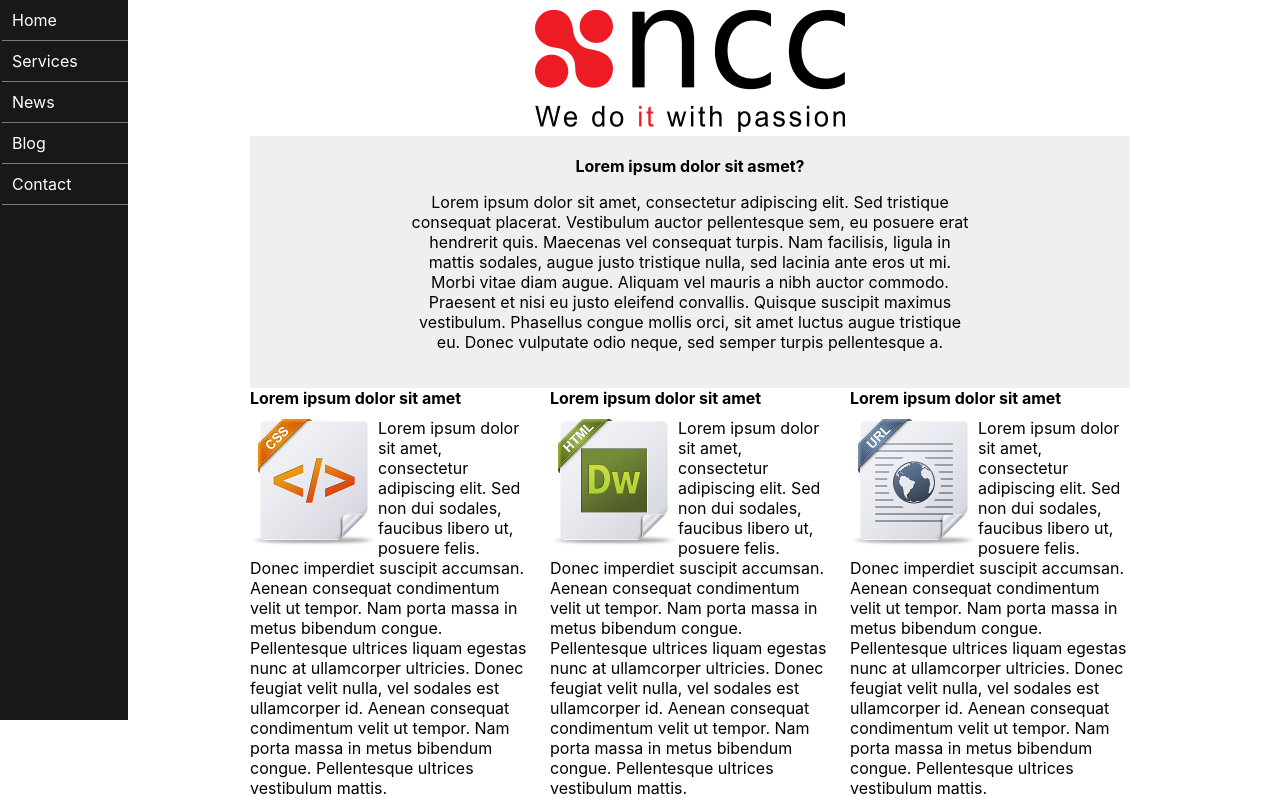
Repository: nganha241/testt
Page: /
The author's editor kept a copy of each file at every save. The page is drawn from the files as they stood at one save, then again after the next save.
The browser window is 1280 px wide. The pictures show the whole page.
The project was rebuilt for these pictures with package versions that can differ from the ones it lists, and the page was loaded fresh each time.

Above is the page before, as saved 2023-02-28 11:45:31.

### src/App.js
import React from "react";
import Home from "./pages/Home";
import Navbar from "./pages/Navbar/Navbar";

export const App = () => {
  return (
    <div>
      <Navbar />
      <Home />
    </div>
  );
};

export default App;

### src/pages/Home.jsx
import logo from "./logoNCC.png";
import "./home.css";
import Card from "./home-card/Card";
import htmlic from "./html-icon.png";
import urlic from "./url-icon.png";
import cssic from "./css-icon.png";
const Home = () => {
  return (
    <section className="home">
      <div className="home-title">
        <img src={logo} alt="" />
      </div>
      <div className="home-content">
        <div className="content-title">Lorem ipsum dolor sit asmet?</div>
        <p>
          Lorem ipsum dolor sit amet, consectetur adipiscing elit. Sed tristique
          consequat placerat. Vestibulum auctor pellentesque sem, eu posuere
          erat hendrerit quis. Maecenas vel consequat turpis. Nam facilisis,
          ligula in mattis sodales, augue justo tristique nulla, sed lacinia
          ante eros ut mi. Morbi vitae diam augue. Aliquam vel mauris a nibh
          auctor commodo. Praesent et nisi eu justo eleifend convallis. Quisque
          suscipit maximus vestibulum. Phasellus congue mollis orci, sit amet
          luctus augue tristique eu. Donec vulputate odio neque, sed semper
          turpis pellentesque a.
        </p>
      </div>
      <div className="home-card">
        <Card icon={cssic} />
        <Card icon={htmlic} />
        <Card icon={urlic} />
      </div>
    </section>
  );
};

export default Home;

### src/pages/Navbar/Navbar.jsx
import React from "react";
import "./Navbar.css";

const Navbar = () => {
  return (
    <div className="nav">
      <ul className="nav-content">
        <li>
          <a href="#">Home</a>
        </li>
        <li>
          <a href="#">Services</a>
        </li>
        <li>
          <a href="#">News</a>
        </li>
        <li>
          <a href="#">Blog</a>
        </li>
        <li>
          <a href="#">Contact</a>
        </li>
      </ul>
    </div>
  );
};

export default Navbar;

### src/pages/home.css
.home {
  margin: 0 auto;
  padding: 10px 150px 10px 250px;
}
.home-title {
  text-align: center;
}
.home-content {
  text-align: center;
  background: #efefef;
  padding: 20px 160px;
  font-size: 16px;
}
.content-title {
  font-weight: bold;
}
.home-card {
  display: flex;
  gap: 20px;
}

### src/pages/home-card/Card.jsx
import React from "react";

import "./Card.css";

const Card = (props) => {
  const { icon } = props;
  return (
    <div className="card">
      <div className="card-title">Lorem ipsum dolor sit amet</div>
      <div className="card-content">
        <img src={icon} alt="" />
        <span className="card-text">
          Lorem ipsum dolor sit amet, consectetur adipiscing elit. Sed non dui
          sodales, faucibus libero ut, posuere felis. Donec imperdiet suscipit
          accumsan. Aenean consequat condimentum velit ut tempor. Nam porta
          massa in metus bibendum congue. Pellentesque ultrices liquam egestas
          nunc at ullamcorper ultricies. Donec feugiat velit nulla, vel sodales
          est ullamcorper id. Aenean consequat condimentum velit ut tempor. Nam
          porta massa in metus bibendum congue. Pellentesque ultrices vestibulum
          mattis.
        </span>
      </div>
    </div>
  );
};

export default Card;

### src/pages/Navbar/Navbar.css
.nav {
  position: fixed;
  top: 0;
  left: -38px;
  height: 100%;
  background: #191718;
}
.nav-content {
  margin-top: 0px;
  color: #aaaa;
}
.nav-content li {
  border-bottom: 1px solid;
  list-style-type: none;
  padding: 10px 50px 10px 10px;
}

.nav-content li :nth-of-type(1) {
  color: #fff;
}

.nav-content li:hover {
  background: #5c5c5c;
}
.nav-content li a {
  color: #aaaa;
  text-decoration: none;
}
.nav-content li:hover a:hover {
  color: #fff;
}

### src/pages/home-card/Card.css
.card-title {
  font-weight: bold;
  margin-bottom: 10px;
}
/* .card-content {
  display: flex;
} */
.card-content img {
  width: 128px;
  height: 128px;
  object-fit: cover;
  float: left;
}

.card-text {
  margin-top: 10px;
  text-align: left;
  font-size: 16px;
}

Loaded but not shown: public/index.html (common file); src/index.js (common file); src/index.css (common file)

After the next save:
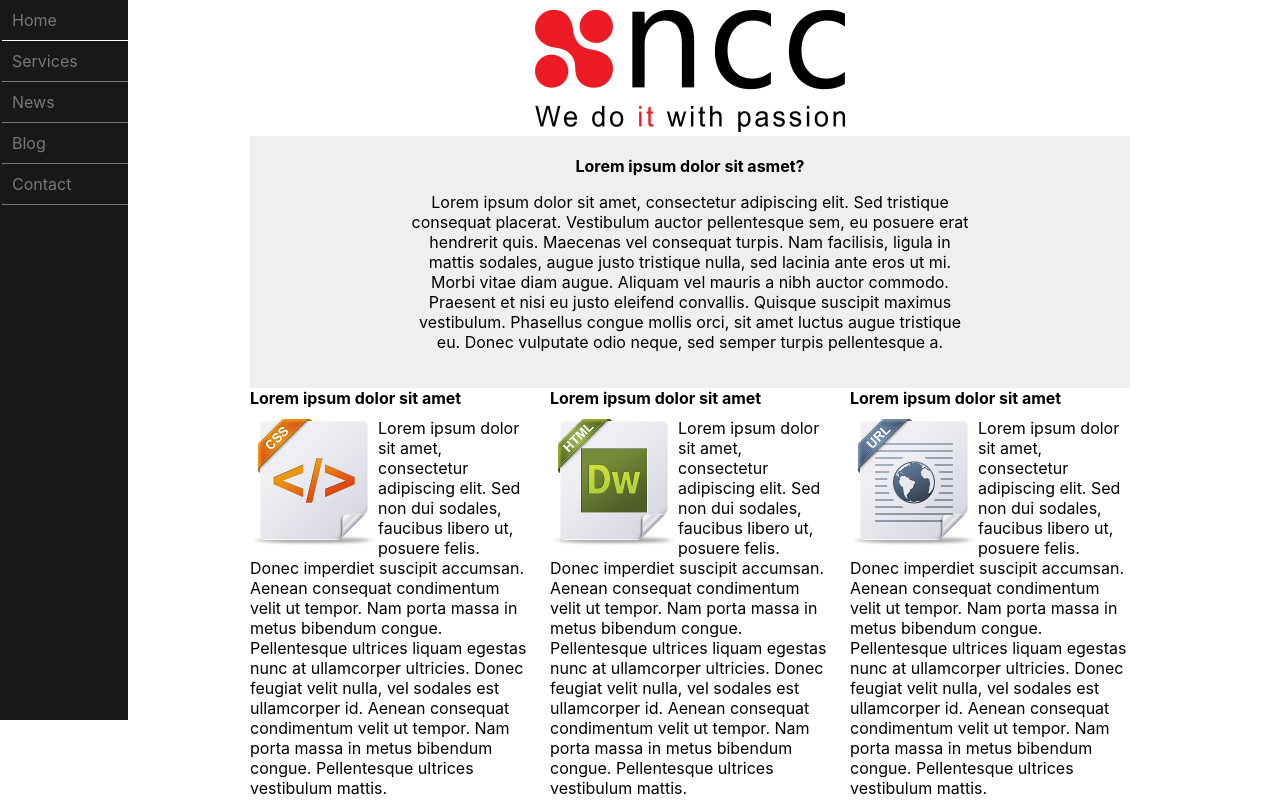
Saved 30 s later.
--- a/src/pages/Navbar/Navbar.css
+++ b/src/pages/Navbar/Navbar.css
@@ -15,7 +15,7 @@
   padding: 10px 50px 10px 10px;
 }
 
-.nav-content li :nth-of-type(1) {
+.nav-content li:first-child {
   color: #fff;
 }
 

After the save that followed:
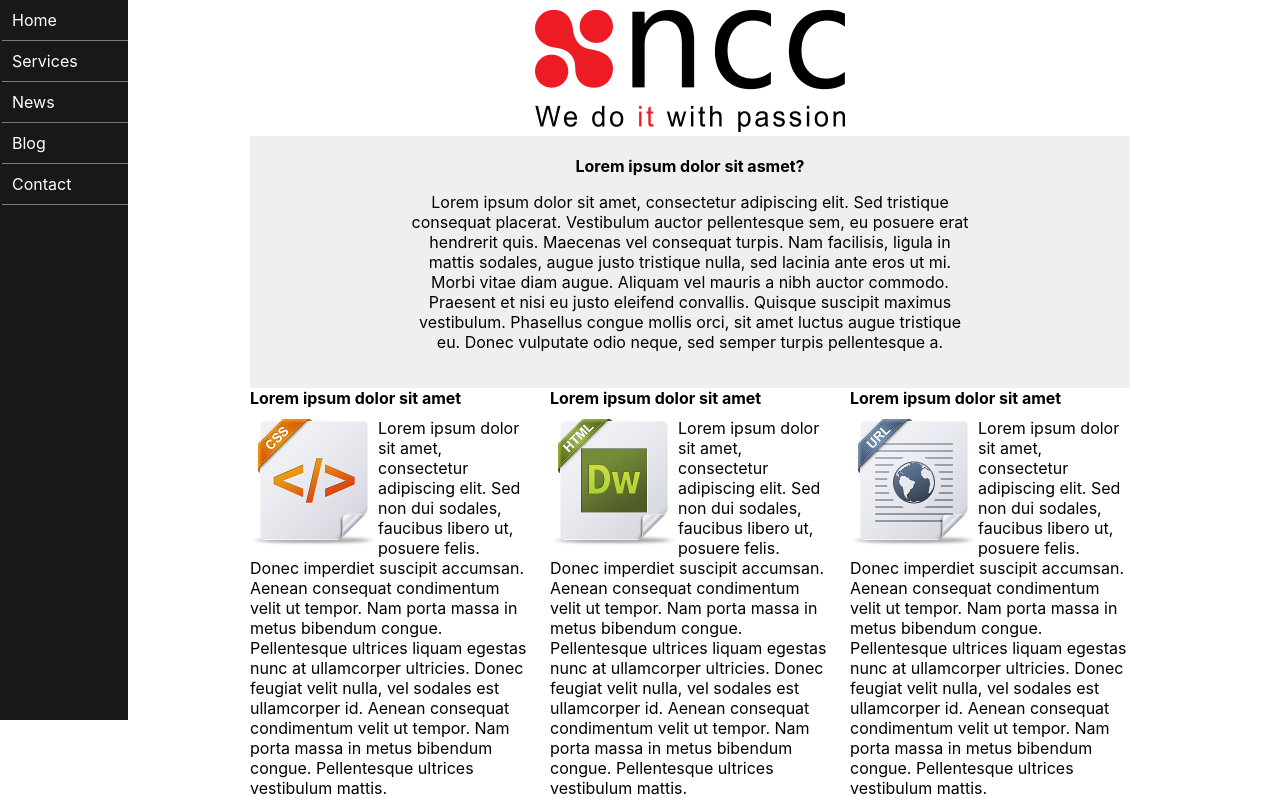
Saved 13 s later.
--- a/src/pages/Navbar/Navbar.css
+++ b/src/pages/Navbar/Navbar.css
@@ -15,7 +15,7 @@
   padding: 10px 50px 10px 10px;
 }
 
-.nav-content li:first-child {
+.nav-content li a:first-child {
   color: #fff;
 }
 
